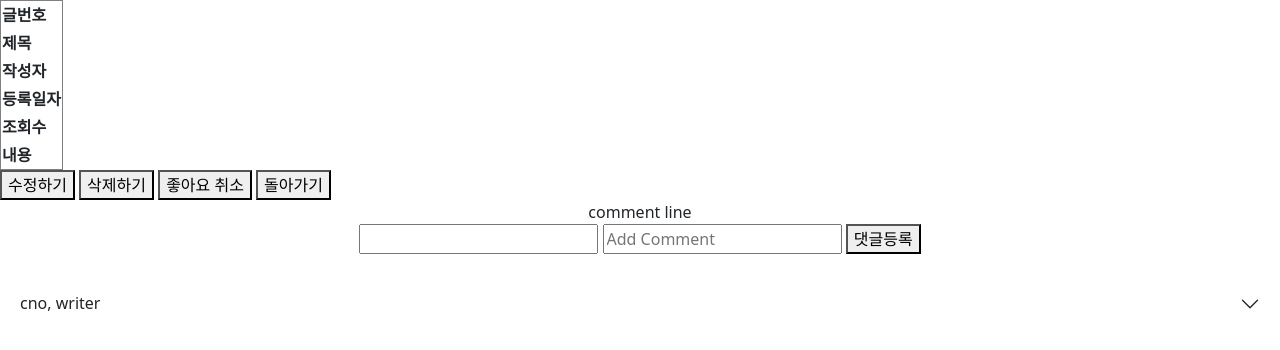
Repository: WoodongMaster/JSP_Workspace
Page: http://localhost/jsp_project/board/post.jsp
These files come from the project's save history. The page is drawn as it stood at one moment and after the next save; the edit follows.
The browser window is 1280 px wide. The pictures show the whole page.
The page is served by Tomcat 9. The template is opened directly, without the code that normally fills it, so the values that code supplies are empty.

Above is the page before, as saved 2023-05-19 02:24:28.

After the next save:
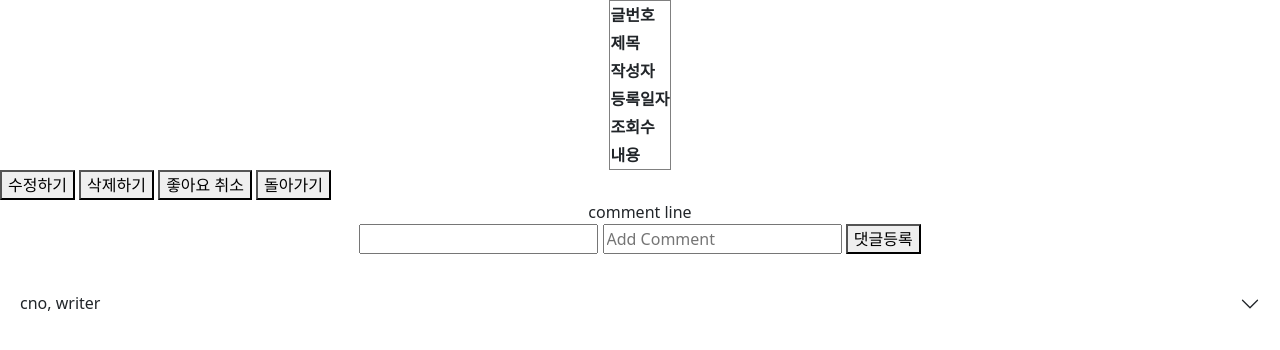
Saved 92 s later.
--- a/jsp_project3/jsp_project/src/main/webapp/board/post.jsp
+++ b/jsp_project3/jsp_project/src/main/webapp/board/post.jsp
@@ -13,7 +13,7 @@
 </head>
 <body>
 
-	<table border="1">
+	<table border="1" align="center">
 		<tr>
 			<th>글번호</th>
 		</tr>
